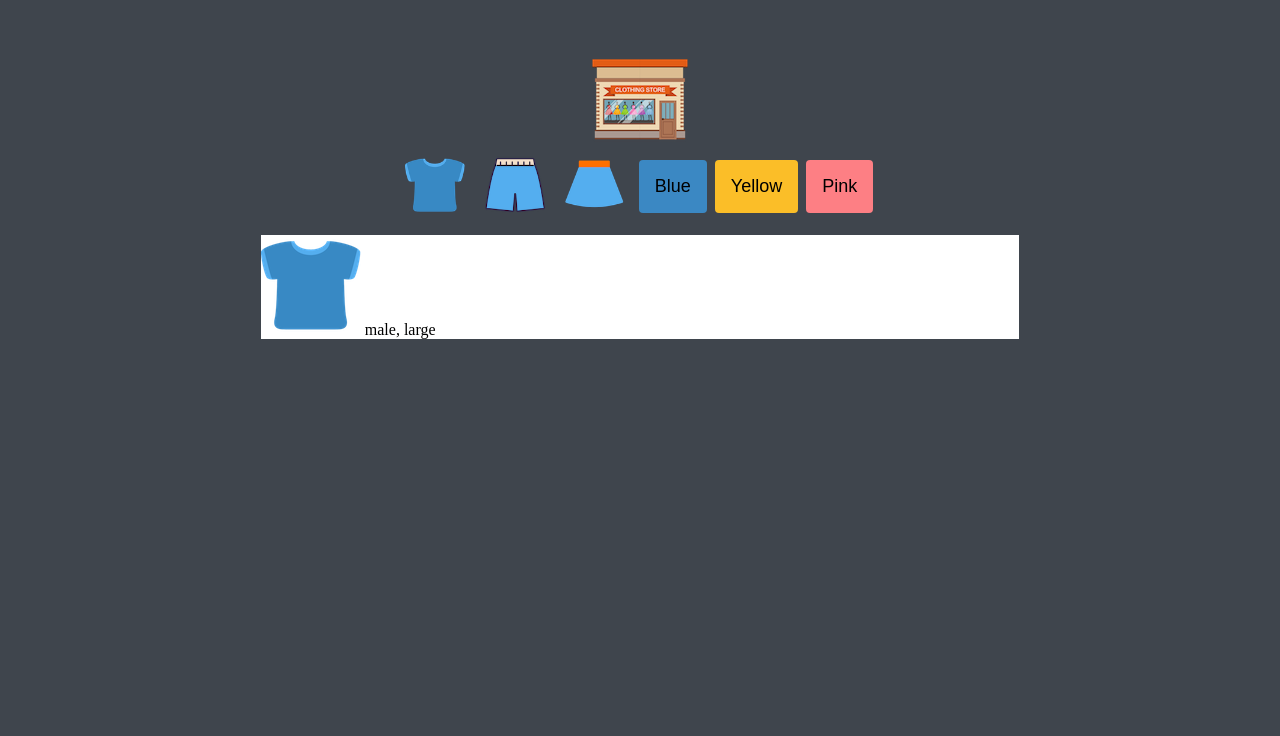
Repository: GoodHoneyCake/Dream_Coding_Academy1
Page: index.html
The author's editor kept a copy of each file at every save. The page is drawn from the files as they stood at one save, then again after the next save.
The browser window is 1280 px wide. The pictures show the whole page.

Above is the page before, as saved 2021-01-06 16:29:42.

### index.html
<!DOCTYPE html>
<html lang="en">
  <head>
    <meta charset="UTF-8" />
    <meta name="viewport" content="width=device-width, initial-scale=1.0" />
    <title>Online Shopping</title>
    <link rel="stylesheet" href="style.css" />
    <script src="src/main.js" defer></script>
  </head>
  <body>
    <!-- Logo -->
    <img src="img/logo.png" alt="Logo" class="logo" />
    <!-- Buttons -->
    <section class="buttons">
      <button class="btn">
        <img src="img/blue_t.png" alt="tshirt" class="imgBtn" />
      </button>
      <button class="btn">
        <img src="img/blue_p.png" alt="pants" class="imgBtn" />
      </button>
      <button class="btn">
        <img src="img/blue_s.png" alt="skirt" class="imgBtn" />
      </button>
      <button class="btn colorBtn blue">Blue</button>
      <button class="btn colorBtn yellow">Yellow</button>
      <button class="btn colorBtn pink">Pink</button>
    </section>
    <!-- Items -->
    <ul class="items">
      <li class="item">
        <img src="img/blue_t.png" alt="tshirt" class="item_thumbnail" />
        <span class="item__description">male, large</span>
      </li>
    </ul>
  </body>
</html>

### style.css
:root {
  /* color */
  --color-black: #3f454d;
  --color-white: #ffffff;
  --color-blue: #3b88c3;
  --color-yellow: #fbbe28;
  --color-pink: #fd7f84;
  --color-light-grey: #dfdfdf;

  /* size */
  --base-space: 8px;
  --size-button: 60px;
  --size-border: 4px;
  --button-font-size: 18px;

  /* animation */
  --animation-duration: 300ms;
}

* {
  box-sizing: border-box;
}

body {
  height: 100vh;
  background-color: var(--color-black);
  display: flex;
  flex-direction: column;
  justify-content: center;
  align-items: center;
}

.logo {
  cursor: pointer;
  transition: transform var(--animation-duration) ease;
}

.btn {
  background-color: transparent;
  border: none;
  outline: none;
  cursor: pointer;
  transition: transform var(--animation-duration) ease;
  margin-right: var(--base-space);
}

.logo:hover,
.btn:hover {
  transform: scale(1.1);
}

.buttons {
  display: flex;
  align-items: center;
}

.imgBtn {
  width: var(--size-button);
  height: var(--size-button);
}

.colorBtn {
  font-size: var(--button-font-size);
  padding: calc(var(--base-space) * 2);
  border-radius: var(--size-border);
}

.blue {
  background-color: var(--color-blue);
}
.yellow {
  background-color: var(--color-yellow);
}
.pink {
  background-color: var(--color-pink);
}

.items {
  width: 60%;
  height: 60%;
  list-style: none;
  padding-left: 0;
}

.item {
  background-color: var(--color-white);
}

Loaded but not shown: src/main.js (no stored copy; drawn as an empty file)

After the next save:
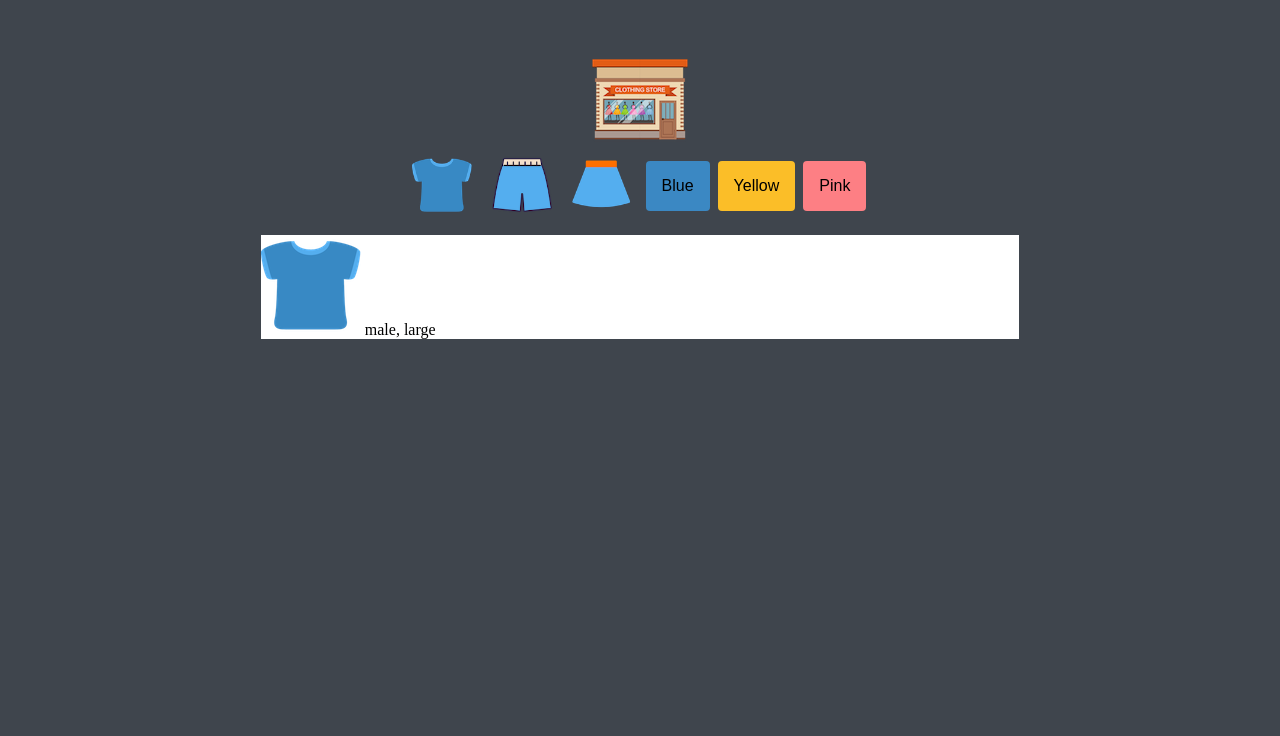
Saved 15 s later.
--- a/style.css
+++ b/style.css
@@ -11,6 +11,7 @@
   --base-space: 8px;
   --size-button: 60px;
   --size-border: 4px;
+  --size-thumbnail: 40px
   --button-font-size: 18px;
 
   /* animation */
